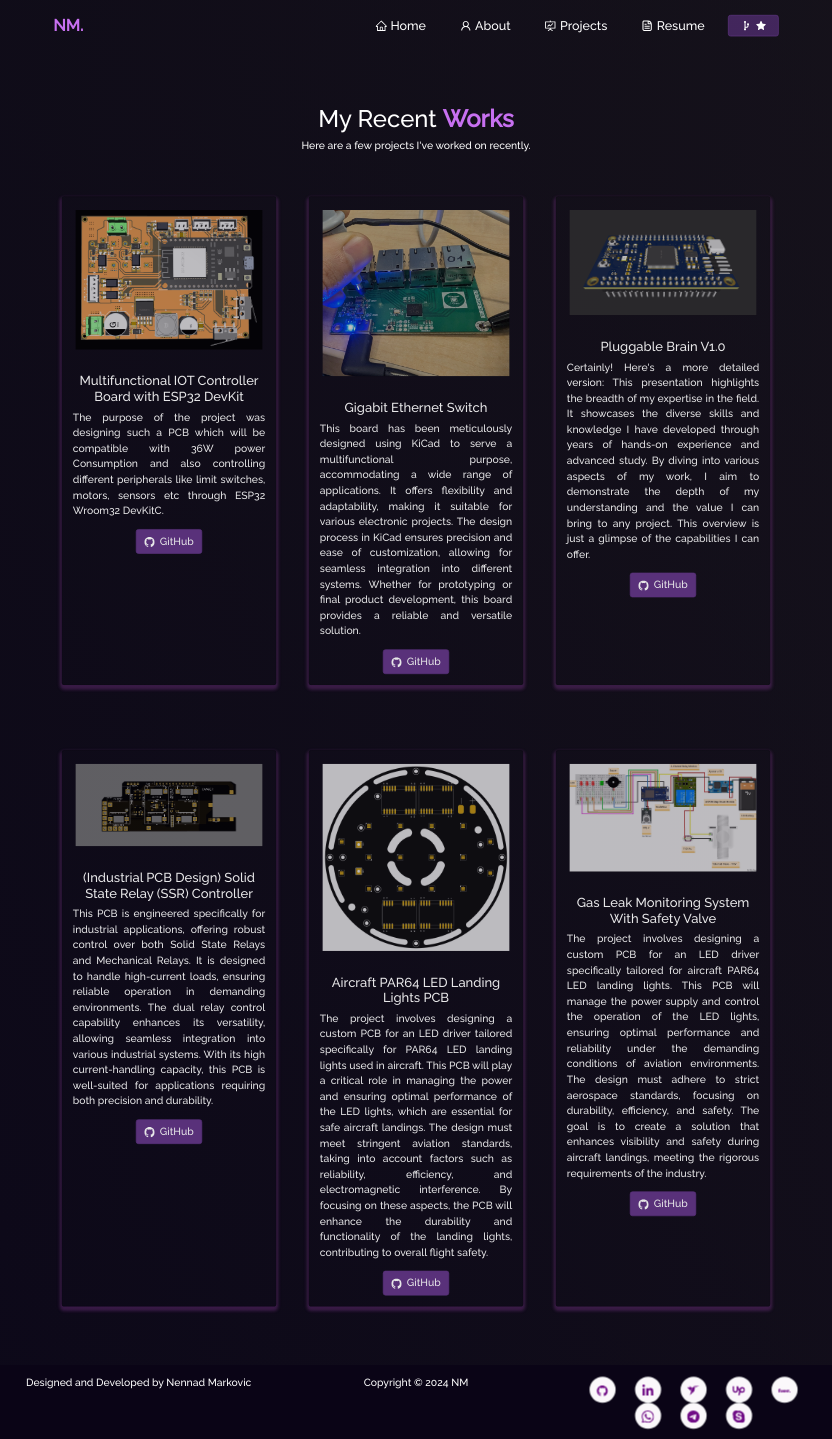
Repository: nenadMarkorvic/personal-website
Page: /project
The author's editor kept a copy of each file at every save. The page is drawn from the files as they stood at one save, then again after the next save.
The browser window is 1280 px wide. The pictures show the whole page, at 65% of full size.
The project was rebuilt for these pictures with package versions that can differ from the ones it lists, and the page was loaded fresh each time. Also part of the build but not shown: src/components/Home/Home2.js, src/components/Home/Type.js, src/components/Home/Home.js, src/components/About/Github.js, src/components/About/AboutCard.js, src/components/About/Toolstack.js, src/components/About/About.js, src/components/Resume/ResumeNew.js. Imported but missing from the stored project, and not drawn on this page: src/Assets/Nenad Markovic_pcb.pdf.

Above is the page before, as saved 2024-08-29 12:06:44.

### src/components/Footer.js
import React from "react";
import { Container, Row, Col } from "react-bootstrap";
import {
  AiFillGithub,
  AiOutlineTwitter,
  AiFillInstagram,
} from "react-icons/ai";
import { FaLinkedinIn } from "react-icons/fa";
import { SiFreelancer, SiUpwork, SiTelegram, SiWhatsapp, SiSkype, SiFiverr } from "react-icons/si";


function Footer() {
  let date = new Date();
  let year = date.getFullYear();
  return (
    <Container fluid className="footer">
      <Row>
        <Col md="4" className="footer-copywright">
          <h3>Designed and Developed by Nennad Markovic</h3>
        </Col>
        <Col md="4" className="footer-copywright">
          <h3>Copyright © {year} NM</h3>
        </Col>
        <Col md="4" className="footer-body">
          <ul className="footer-icons">
            <li className="social-icons">
              <a
                href="https://github.com/nenadMarkorvic"
                target="_blank"
                rel="noreferrer"
                className="icon-colour  home-social-icons"
              >
                <AiFillGithub />
              </a>
            </li>
            <li className="social-icons">
              <a
                href="https://www.linkedin.com/in/nenad-markovic-089a962b4/"
                target="_blank"
                rel="noreferrer"
                className="icon-colour  home-social-icons"
              >
                <FaLinkedinIn />
              </a>
            </li>
            <li className="social-icons">
              <a
                href="https://www.freelancer.com/u/nenad10"
                target="_blank"
                rel="noreferrer"
                className="icon-colour  home-social-icons"
              >
                <SiFreelancer></SiFreelancer>
              </a>
            </li>
            <li className="social-icons">
              <a
                href=""
                target="_blank"
                rel="noreferrer"
                className="icon-colour home-social-icons"
              >
                <SiUpwork></SiUpwork>
              </a>
            </li>
            <li className="social-icons">
              <a
                href="https://www.fiverr.com/nenadmarkovi505?up_rollout=true"
                target="_blank"
                rel="noreferrer"
                className="icon-colour home-social-icons"
              >
                <SiFiverr></SiFiverr>
              </a>
            </li>
            <li className="social-icons">
              <a
                href=""
                target="_blank"
                rel="noreferrer"
                className="icon-colour home-social-icons"
              >
                <SiWhatsapp></SiWhatsapp>
              </a>
            </li>
            <li className="social-icons">
              <a
                href=""
                target="_blank"
                rel="noreferrer"
                className="icon-colour home-social-icons"
              >
                <SiTelegram></SiTelegram>
              </a>
            </li>
            <li className="social-icons">
              <a
                href=""
                target="_blank"
                rel="noreferrer"
                className="icon-colour home-social-icons"
              >
                <SiSkype></SiSkype>
              </a>
            </li>
          </ul>
        </Col>
      </Row>
    </Container>
  );
}

export default Footer;

### src/style.css
html {
  --section-background-color: linear-gradient(to bottom left,
      rgba(17, 16, 16, 0.582),
      rgba(12, 8, 24, 0.904));

  --image-gradient: linear-gradient(to bottom left,
      rgba(17, 16, 16, 0.678),
      rgba(12, 10, 22, 0.863));

  --imp-text-color: #c770f0;
}

.purple {
  color: var(--imp-text-color) !important;
}

button:focus {
  box-shadow: none !important;
}

/* --------- */
/*  Preloader */
/* --------- */
#preloader {
  position: fixed;
  top: 0;
  left: 0;
  width: 100%;
  height: 100%;
  z-index: 999999;
  background-color: #0c0513;
  background-image: url(./Assets/pre.svg);
  background-repeat: no-repeat;
  background-position: center;
}

#preloader-none {
  opacity: 0;
}

#no-scroll {
  overflow: hidden;
  height: 100vh;
}

/* --------- */
/*Scrollbar   */
/* --------- */

::-webkit-scrollbar {
  width: 7px;
}

/* Track */
::-webkit-scrollbar-track {
  background: #2d1950;
}

/* Handle */
::-webkit-scrollbar-thumb {
  background: rgba(178, 121, 216, 0.959);
  border-radius: 12px;
}

/* Handle on hover */
::-webkit-scrollbar-thumb:hover {
  background: rgba(222, 130, 235, 0.911);
  border-radius: 12px;
}

/* --------- */
/* Navbar Section  */
/* --------- */
.sticky {
  background-color: #1b1a2ea9 !important;
  transition: all 0.3s ease-out 0s !important;
  box-shadow: 0px 10px 10px 0px rgba(9, 5, 29, 0.171) !important;
  backdrop-filter: blur(15px) !important;
}

.navbar {
  position: fixed !important;
  transition: all 0.3s ease-out 0s !important;
  padding: 0.3rem 2rem !important;
  font-size: 1.2rem !important;
}

.navbar-toggler {
  position: relative !important;
  background-color: transparent !important;
  border-color: transparent !important;
}

.navbar-toggler span {
  display: block !important;
  background-color: #be50f4 !important;
  height: 4px !important;
  width: 27px !important;
  margin-top: 5px !important;
  margin-bottom: 5px !important;
  transform: rotate(0deg) !important;
  left: 0 !important;
  opacity: 1 !important;
}

.navbar-toggler:focus,
.navbar-toggler:active {
  outline: 0 !important;
}

.navbar-toggler span:nth-child(1),
.navbar-toggler span:nth-child(3) {
  transition: transform 0.35s ease-in-out !important;
  transition: transform 0.35s ease-in-out !important;
}

.navbar-toggler:not(.collapsed) span:nth-child(1) {
  position: absolute !important;
  left: 12px !important;
  top: 10px !important;
  transform: rotate(135deg) !important;
  opacity: 0.9 !important;
}

.navbar-toggler:not(.collapsed) span:nth-child(2) {
  height: 12px !important;
  visibility: hidden !important;
  background-color: transparent !important;
}

.navbar-toggler:not(.collapsed) span:nth-child(3) {
  position: absolute !important;
  left: 12px !important;
  top: 10px !important;
  transform: rotate(-135deg) !important;
  opacity: 0.9 !important;
}

@media (max-width: 767px) {
  .navbar {
    padding: 1rem 2rem !important;
    font-size: 1.4rem !important;
    background-color: #181a27 !important;
  }

  .navbar-nav .nav-item a::after {
    display: none !important;
  }
}

.navbar-brand {
  color: rgb(250, 250, 250) !important;
}

.logo {
  height: 1.4em !important;
  width: 2.5em !important;
}

.navbar-nav .nav-link {
  color: white !important;
  padding-right: 1rem !important;
  padding-left: 1rem !important;
}

.nav-link {
  padding: 0.8rem 1rem !important;
}

@media (max-width: 767px) {
  .nav-link {
    padding: 0.7rem 1rem !important;
  }
}

.navbar-nav .nav-item {
  position: relative;
  margin-left: 20px;
}

.navbar-nav .nav-item a {
  font-weight: 400;
  transition: all 0.3s ease-out 0s;
  position: relative;
  z-index: 1;
}

.navbar-nav .nav-item a::after {
  content: "";
  position: relative;
  display: block;
  height: 5px;
  width: 0;
  border-radius: 16px;
  background: #c95bf5;
  bottom: 1px;
  left: 0;
  z-index: -1;
  transition: all 0.3s ease-out 0s;
}

.navbar-nav .nav-item a:hover::after {
  width: 100%;
}

/* --------- */
/* Home section */
/* --------- */
.wave {
  animation-name: wave-animation;
  /* Refers to the name of your @keyframes element below */
  animation-duration: 2.1s;
  /* Change to speed up or slow down */
  animation-iteration-count: infinite;
  /* Never stop waving :) */
  transform-origin: 70% 70%;
  /* Pivot around the bottom-left palm */
  display: inline-block;
}

@keyframes wave-animation {
  0% {
    transform: rotate(0deg);
  }

  10% {
    transform: rotate(14deg);
  }

  /* The following five values can be played with to make the waving more or less extreme */
  20% {
    transform: rotate(-8deg);
  }

  30% {
    transform: rotate(14deg);
  }

  40% {
    transform: rotate(-4deg);
  }

  50% {
    transform: rotate(10deg);
  }

  60% {
    transform: rotate(0deg);
  }

  /* Reset for the last half to pause */
  100% {
    transform: rotate(0deg);
  }
}

#tsparticles {
  position: fixed !important;
  background-repeat: no-repeat !important;
  background-size: cover !important;
  width: 100%;
  height: 100%;
}

.home-header {
  padding-top: 80px !important;
}

.home-section {
  position: relative;
  z-index: -1;
  background-image: var(--image-gradient), url(./Assets/home-bg.jpg);
  background-position: top center;
  background-repeat: no-repeat;
  padding-bottom: 30px !important;
  padding-top: 30px !important;
}

.home-content {
  padding: 9rem 0 2rem !important;
  color: whitesmoke;
  text-align: left;
}

.heading {
  font-size: 2.4em !important;
  padding-left: 50px !important;
}

.heading-name {
  font-size: 2.5em !important;
  padding-left: 45px !important;
}

.main-name {
  color: #cd5ff8;
}

.Typewriter__wrapper {
  font-size: 2.2em !important;
  color: #be6adf !important;
  font-weight: 600 !important;
}

.Typewriter__cursor {
  font-size: 2.4em !important;
  color: #b562d6 !important;
}

@media (max-width: 767px) {
  .Typewriter__wrapper {
    font-size: 1.4em !important;
    font-weight: 500 !important;
    position: absolute !important;
  }

  .Typewriter__cursor {
    display: none !important;
  }
}

.myAvtar {
  justify-content: center !important;
  padding-top: 9em !important;
}

@media (max-width: 767px) {
  .myAvtar {
    padding-top: 2em !important;
    padding-bottom: 2em !important;
  }
}

.home-about-section {
  position: relative;
  padding-bottom: 70px !important;
  padding-top: 70px !important;
}

.home-about-description {
  color: white !important;
  padding-top: 100px !important;
  padding-bottom: 20px !important;
  text-align: center;
}

.home-about-body {
  padding-top: 50px;
  font-size: 1.2em !important;
  text-align: left;
}

.home-about-social {
  text-align: center !important;
  padding-top: 25px;
  color: white !important;
}

.home-about-social-links {
  justify-content: center !important;
  padding-top: 15px !important;
  display: inline-block !important;
  position: relative !important;
  padding-inline-start: 0 !important;
}

.home-social-icons {
  position: relative !important;
  display: inline-block !important;
  width: 40px !important;
  height: 40px !important;
  text-align: center !important;
  font-size: 1.2em !important;
  line-height: 2em !important;
  background: rgba(255, 255, 255, 0.972) !important;
  border-radius: 50% !important;
  transition: 0.5s !important;
}

.home-social-icons::before {
  content: "";
  position: absolute;
  top: 0;
  left: 0;
  width: 100%;
  height: 100%;
  border-radius: 50%;
  background: #68187a;
  transition: 0.5s;
  transform: scale(0.9);
  z-index: -1;
}

.home-social-icons:hover::before {
  transform: scale(1.1);
  box-shadow: 0 0 15px #801f95;
}

.home-social-icons:hover {
  color: #87209e;
  box-shadow: 0 0 5px #87209e;
  text-shadow: 0 0 2px #87209e;
}

.social-icons {
  display: inline-block !important;
  padding-right: 15px;
  padding-left: 15px;
}

.icon-colour {
  color: #700c86 !important;
}

/* --------- */
/* Footer */
/* --------- */
.footer {
  background-color: rgb(10, 4, 22);
  bottom: 0 !important;
  padding-top: 10px !important;
  padding-bottom: 8px !important;
}

.footer-copywright {
  text-align: center !important;
}

.footer-body {
  z-index: 1;
  text-align: center !important;
}

@media (max-width: 767px) {
  .footer-copywright {
    text-align: center !important;
  }

  .footer-body {
    text-align: center !important;
  }
}

.footer h3 {
  font-size: 1em;
  color: white !important;
  margin-top: 0.5em !important;
  margin-bottom: 0.5em !important;
}

.footer-icons {
  margin-top: 0.5em !important;
  margin-bottom: 0.5em !important;
  padding: 0 !important;
}

.blockquote-footer {
  color: #a588c0 !important;
}

/* --------- */
/* Projects */
/* --------- */
.project-section {
  position: relative !important;
  padding-top: 150px !important;
  padding-bottom: 30px !important;
  background-image: var(--section-background-color) !important;
}

.project-card {
  padding-top: 50px !important;
  padding-bottom: 50px !important;
  padding-left: 25px !important;
  padding-right: 25px !important;
  height: auto !important;
}

.project-card-view {
  box-shadow: 0 4px 5px 3px rgba(119, 53, 136, 0.459) !important;
  color: white !important;
  background-color: transparent !important;
  opacity: 0.9 !important;
  transition: all 0.5s ease 0s !important;
  height: 100% !important;
}

.project-card-view:hover {
  transform: scale(1.02) !important;
  overflow: hidden !important;
  box-shadow: 0 4px 4px 5px rgba(129, 72, 144, 0.561) !important;
}

.blog-card {
  padding-top: 50px !important;
  padding-bottom: 50px !important;
  padding-left: 25px !important;
  padding-right: 25px !important;
  height: auto !important;
}

.blog-card-view {
  background-color: transparent !important;
  box-shadow: 0 3px 3px 2px rgba(145, 77, 161, 0.459) !important;
  color: white !important;
  transition: all 0.5s ease 0s !important;
  height: 100% !important;
}

.blog-link {
  color: white !important;
  text-decoration: none !important;
}

.blog-link:hover {
  cursor: pointer !important;
}

.blog-card-view:hover {
  transform: scale(1.02) !important;
  overflow: hidden !important;
  box-shadow: 0 3px 3px 5px rgba(155, 88, 173, 0.65) !important;
}

.card-img-top {
  padding: 20px !important;
  opacity: 0.8 !important;
  border-radius: 10px !important;
}

.blog-img {
  padding: 0px !important;
  opacity: 0.8 !important;
  border-radius: 0px !important;
}

.btn-primary {
  color: #fff !important;
  background-color: #623686 !important;
  border-color: #623686 !important;
}

.btn-primary:hover {
  color: #fff !important;
  background-color: #6d20c5d7 !important;
  border-color: #6d20c5d7 !important;
}

.btn:focus {
  outline: none !important;
  box-shadow: none !important;
}

.project-heading {
  color: white !important;
  font-size: 2.3em !important;
  font-weight: 500 !important;
  padding-top: 10px !important;
}

/* --------- */
/* About */
/* --------- */

.about-section {
  position: relative !important;
  padding-top: 150px !important;
  padding-bottom: 30px !important;
  background-image: var(--section-background-color) !important;
  color: white !important;
}

.tech-icons {
  font-size: 4.5em !important;
  margin: 15px !important;
  padding: 10px !important;
  opacity: 0.93 !important;
  border: 1.7px solid rgba(200, 137, 230, 0.637) !important;
  vertical-align: middle !important;
  text-align: center !important;
  border-radius: 5px !important;
  display: table !important;
  box-shadow: 4px 5px 4px 3px rgba(89, 4, 168, 0.137) !important;
  overflow: hidden !important;
  transition: all 0.4s ease 0s !important;
}

@media (max-width: 767px) {
  .tech-icons {
    margin: 10px !important;
  }
}

.tech-icons:hover {
  transform: scale(1.05) !important;
  overflow: hidden !important;
  border: 2.2px solid rgba(197, 115, 230, 0.883) !important;
}

.tech-icon-images {
  padding: 20px !important;
  line-height: 1.6 !important;
}

.quote-card-view {
  border: none !important;
  color: white !important;
  background-color: transparent !important;
}

.about-activity {
  list-style: none !important;
  text-align: left !important;
  padding-left: 1px !important;
}

@media (max-width: 767px) {
  .about-img {
    padding-top: 0 !important;
  }
}

/* --------- */
/* Resume */
/* --------- */

.resume-section {
  position: relative !important;
  padding-top: 110px !important;
  padding-bottom: 30px !important;
  background-image: var(--section-background-color) !important;
  color: white !important;
}

.resume {
  padding-top: 50px;
  padding-bottom: 50px;
  justify-content: center;
}

.resume-left {
  padding-right: 80px !important;
}

.resume-right {
  padding-left: 80px !important;
}

@media (max-width: 767px) {
  .resume-left {
    padding-right: 15px !important;
    padding-left: 15px !important;
  }

  .resume-right {
    padding-right: 15px !important;
    padding-left: 15px !important;
  }
}

.resume .resume-title {
  font-size: 2em;
  font-weight: 700;
  padding-top: 30px;
  padding-bottom: 30px;
}

.resume .resume-item {
  padding: 0 0 10px 25px;
  margin-top: -2px;
  border-left: 2px solid #8a49a8;
  position: relative;
}

.resume .resume-item .resume-title {
  line-height: 18px;
  font-size: 0.9em;
  background: #5234795d;
  padding: 8px 15px;
  display: inline-block;
  font-weight: 600;
  margin-bottom: 10px;
}

.resume .resume-item ul {
  padding-left: 20px;
  text-align: justify;
}

.resume .resume-item ul li {
  padding-bottom: 10px;
  list-style: none;
}

.resume .resume-item:last-child {
  padding-bottom: 0;
}

.resume .resume-item::before {
  content: "";
  position: absolute;
  width: 16px;
  height: 16px;
  border-radius: 50px;
  left: -9px;
  top: 0;
  background: #fff;
  border: 2px solid #8a49a8;
}

.like-item {
  padding-top: 10px !important;
  font-size: 1.1em !important;
  font-family: sans-serif !important;
}

.like-btn {
  background-color: #934cce5e !important;
  border-color: #934cce5e !important;
  padding: 0.25rem 0.98rem !important;
  border-radius: 5px !important;
  line-height: 1.4 !important;
  transition: 0.3s ease !important;
}

.like-btn:hover {
  transform: translateY(-2px) !important;
  background-color: #a24dd386 !important;
  border-color: #a24dd386 !important;
}

.animate-like {
  animation-name: likeAnimation;
  animation-fill-mode: forwards;
  animation-duration: 0.85s;
}

@keyframes likeAnimation {
  0% {
    transform: scale(1.5);
  }

  100% {
    transform: scale(1);
  }
}

.fork-btn {
  font-size: 1.1em !important;
  padding-top: 10px !important;
}

.fork-btn-inner {
  line-height: 1.4em !important;
  background-color: #934cce5e !important;
  padding: 0.25rem 1.1rem !important;
  vertical-align: middle !important;
  text-align: center !important;
}

.fork-btn-inner:hover {
  transform: translateY(-2px) !important;
  background-color: #a24dd386 !important;
  border-color: #a24dd386 !important;
}

.fork-btn-inner::after {
  display: none !important;
}

.tech-icons {
  cursor: pointer;
}

.tech-icons img {
  margin-bottom: 7px;
}

### src/components/Projects/ProjectCards.js
import React from "react";
import Card from "react-bootstrap/Card";
import Button from "react-bootstrap/Button";
import { CgWebsite } from "react-icons/cg";
import { BsGithub } from "react-icons/bs";

function ProjectCards(props) {
  return (
    <Card className="project-card-view">
      <Card.Img variant="top" src={props.imgPath} alt="card-img" />
      <Card.Body>
        <Card.Title>{props.title}</Card.Title>
        <Card.Text style={{ textAlign: "justify" }}>
          {props.description}
        </Card.Text>
        <Button variant="primary" href={props.ghLink} target="_blank">
          <BsGithub /> &nbsp;
          {props.isBlog ? "Blog" : "GitHub"}
        </Button>
        {"\n"}
        {"\n"}
      </Card.Body>
    </Card>
  );
}
export default ProjectCards;

Loaded but not shown: public/index.html (common file); src/index.js (common file); src/index.css (common file); src/App.js (common file); src/reportWebVitals.js (common file); src/components/Pre.js (common file); src/components/ScrollToTop.js (common file); src/App.css (common file); src/components/Projects/Projects.js (84 lines, source omitted); src/components/Navbar.js (110 lines, source omitted); src/components/Particle.js (55 lines, source omitted)

After the next save:
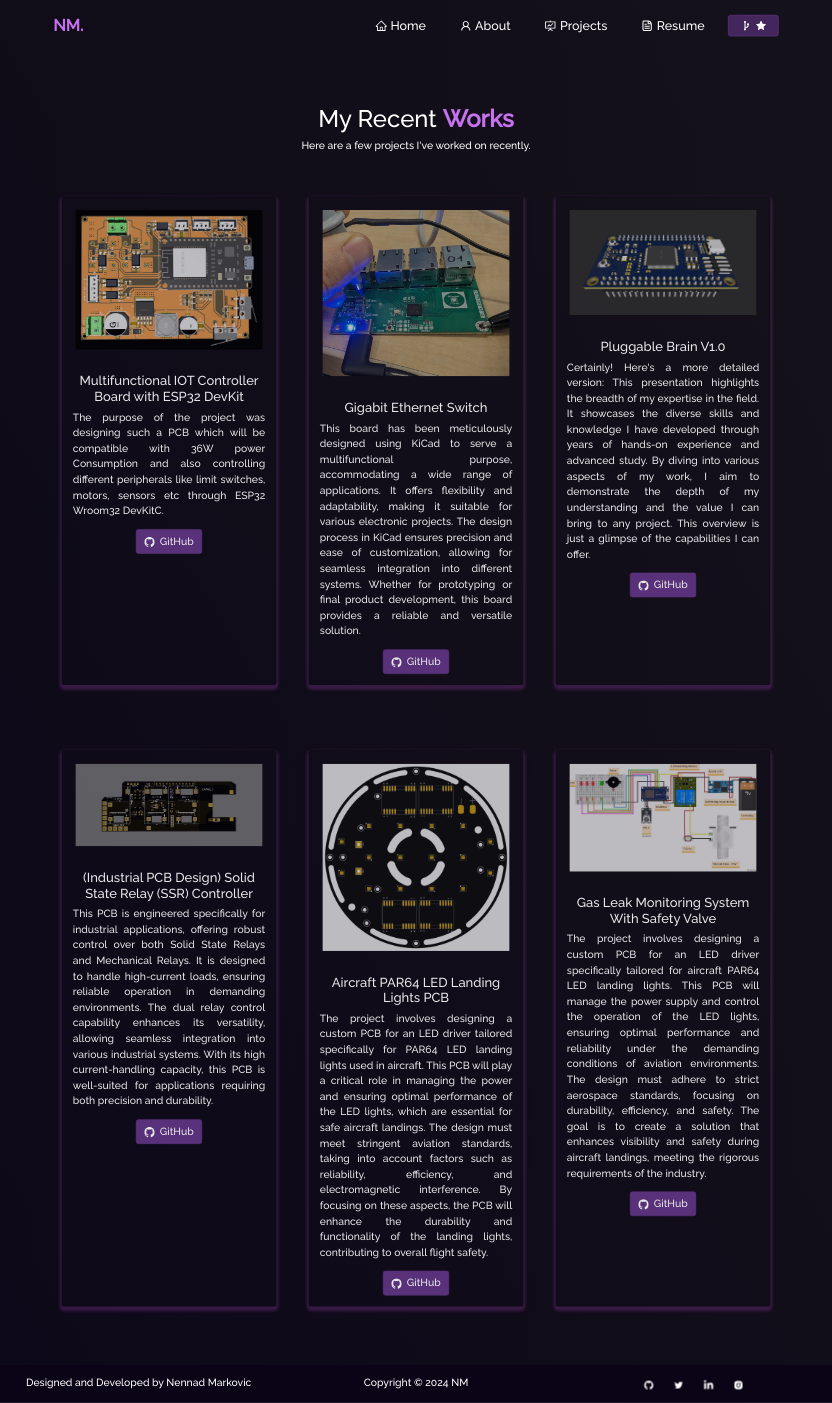
Saved 60 s later.
--- a/src/components/Footer.js
+++ b/src/components/Footer.js
@@ -6,8 +6,6 @@ import {
   AiFillInstagram,
 } from "react-icons/ai";
 import { FaLinkedinIn } from "react-icons/fa";
-import { SiFreelancer, SiUpwork, SiTelegram, SiWhatsapp, SiSkype, SiFiverr } from "react-icons/si";
-
 
 function Footer() {
   let date = new Date();
@@ -25,82 +23,42 @@ function Footer() {
           <ul className="footer-icons">
             <li className="social-icons">
               <a
-                href="https://github.com/nenadMarkorvic"
+                href="https://github.com/soumyajit4419"
+                style={{ color: "white" }}
                 target="_blank"
-                rel="noreferrer"
-                className="icon-colour  home-social-icons"
+                rel="noopener noreferrer"
               >
                 <AiFillGithub />
               </a>
             </li>
             <li className="social-icons">
               <a
-                href="https://www.linkedin.com/in/nenad-markovic-089a962b4/"
+                href="https://twitter.com/Soumyajit4419"
+                style={{ color: "white" }}
                 target="_blank"
-                rel="noreferrer"
-                className="icon-colour  home-social-icons"
+                rel="noopener noreferrer"
+              >
+                <AiOutlineTwitter />
+              </a>
+            </li>
+            <li className="social-icons">
+              <a
+                href="https://www.linkedin.com/in/soumyajit4419/"
+                style={{ color: "white" }}
+                target="_blank"
+                rel="noopener noreferrer"
               >
                 <FaLinkedinIn />
               </a>
             </li>
             <li className="social-icons">
               <a
-                href="https://www.freelancer.com/u/nenad10"
+                href="https://www.instagram.com/soumyajit4419"
+                style={{ color: "white" }}
                 target="_blank"
-                rel="noreferrer"
-                className="icon-colour  home-social-icons"
+                rel="noopener noreferrer"
               >
-                <SiFreelancer></SiFreelancer>
-              </a>
-            </li>
-            <li className="social-icons">
-              <a
-                href=""
-                target="_blank"
-                rel="noreferrer"
-                className="icon-colour home-social-icons"
-              >
-                <SiUpwork></SiUpwork>
-              </a>
-            </li>
-            <li className="social-icons">
-              <a
-                href="https://www.fiverr.com/nenadmarkovi505?up_rollout=true"
-                target="_blank"
-                rel="noreferrer"
-                className="icon-colour home-social-icons"
-              >
-                <SiFiverr></SiFiverr>
-              </a>
-            </li>
-            <li className="social-icons">
-              <a
-                href=""
-                target="_blank"
-                rel="noreferrer"
-                className="icon-colour home-social-icons"
-              >
-                <SiWhatsapp></SiWhatsapp>
-              </a>
-            </li>
-            <li className="social-icons">
-              <a
-                href=""
-                target="_blank"
-                rel="noreferrer"
-                className="icon-colour home-social-icons"
-              >
-                <SiTelegram></SiTelegram>
-              </a>
-            </li>
-            <li className="social-icons">
-              <a
-                href=""
-                target="_blank"
-                rel="noreferrer"
-                className="icon-colour home-social-icons"
-              >
-                <SiSkype></SiSkype>
+                <AiFillInstagram />
               </a>
             </li>
           </ul>
